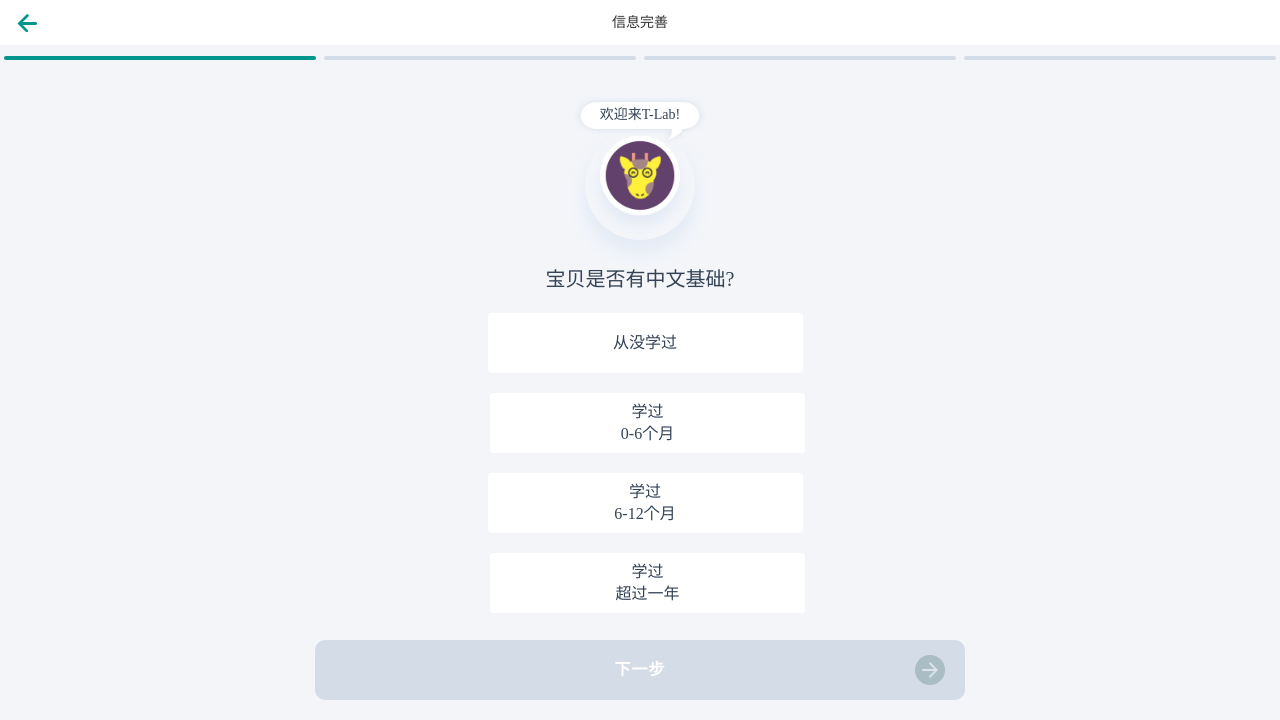
Repository: huangjf1/1
Page: /
An editor plug-in stored every save of this project. The page is shown before and after the next save, followed by the edit.
The browser window is 1280 px wide. The pictures show the whole page.
The project was rebuilt for these pictures with package versions that can differ from the ones it lists, and the page was loaded fresh each time. Also part of the build but not shown: vue.config.js.

Above is the page before, as saved 2021-08-24 12:56:39.

After the next save:
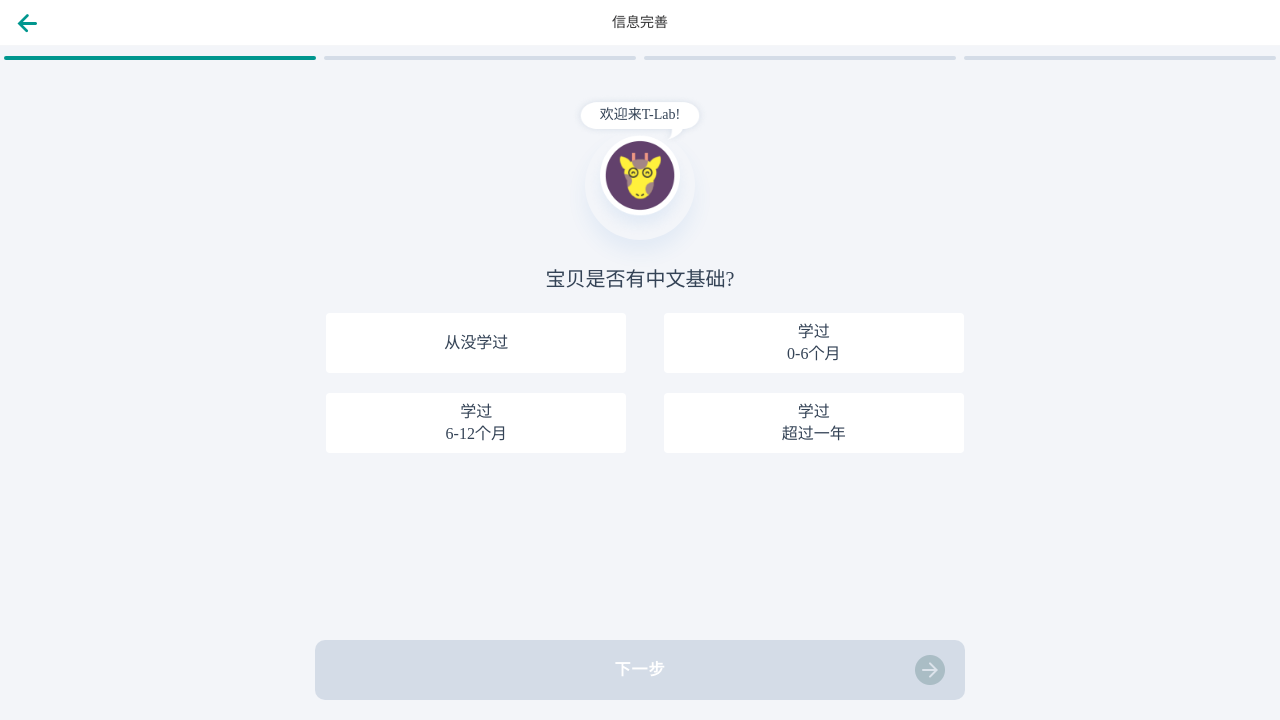
Saved 12 s later.
--- a/src/views/index.vue
+++ b/src/views/index.vue
@@ -427,7 +427,7 @@ export default {
             justify-content: space-around;
           }
           .select-list {
-            width: calc(50% - 20px);
+            width: calc(50% - 35px);
             height: 60px;
             display: flex;
             margin:0 5px;
